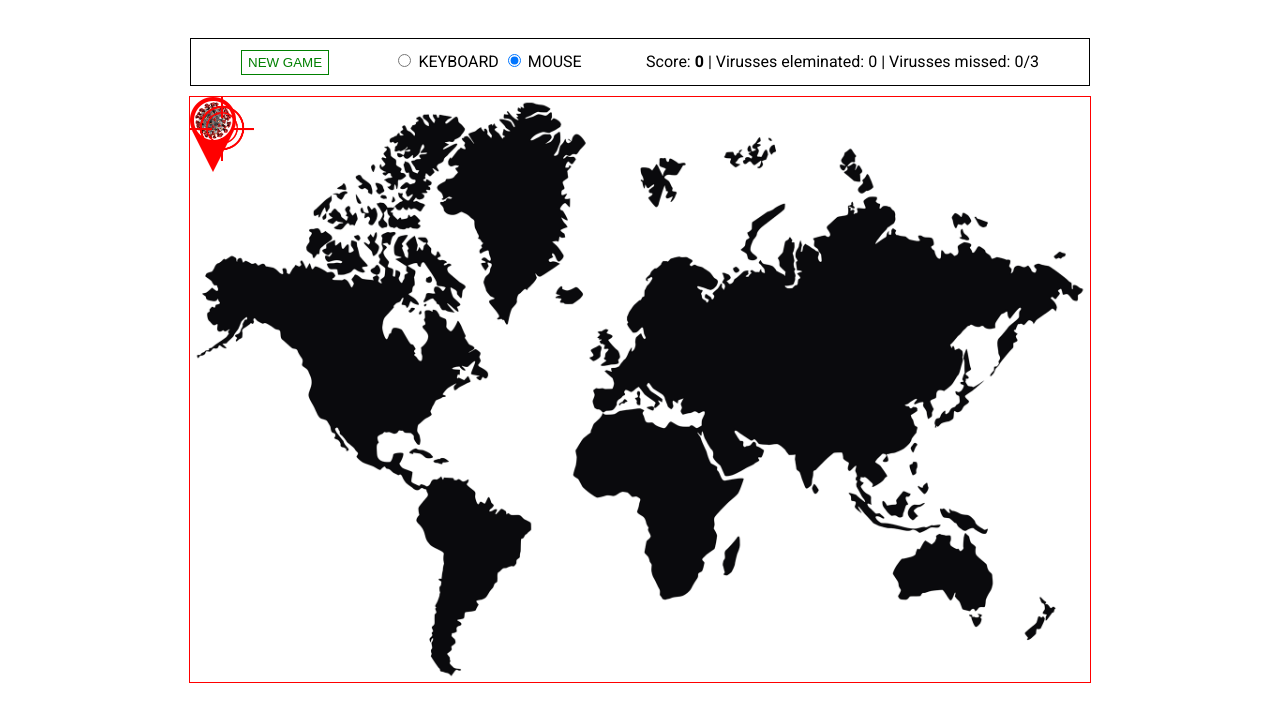
Repository: Baterka/DestroyTheVirus
Page: index.html
The author's editor kept a copy of each file at every save. The page is drawn from the files as they stood at one save, then again after a run of saves.
The browser window is 1280 px wide. The pictures show the whole page.

Above is the page before, as saved 2020-03-20 01:14:24.
Console error: TypeError: Cannot read properties of undefined (reading '_Player')

After the next 2 saves:
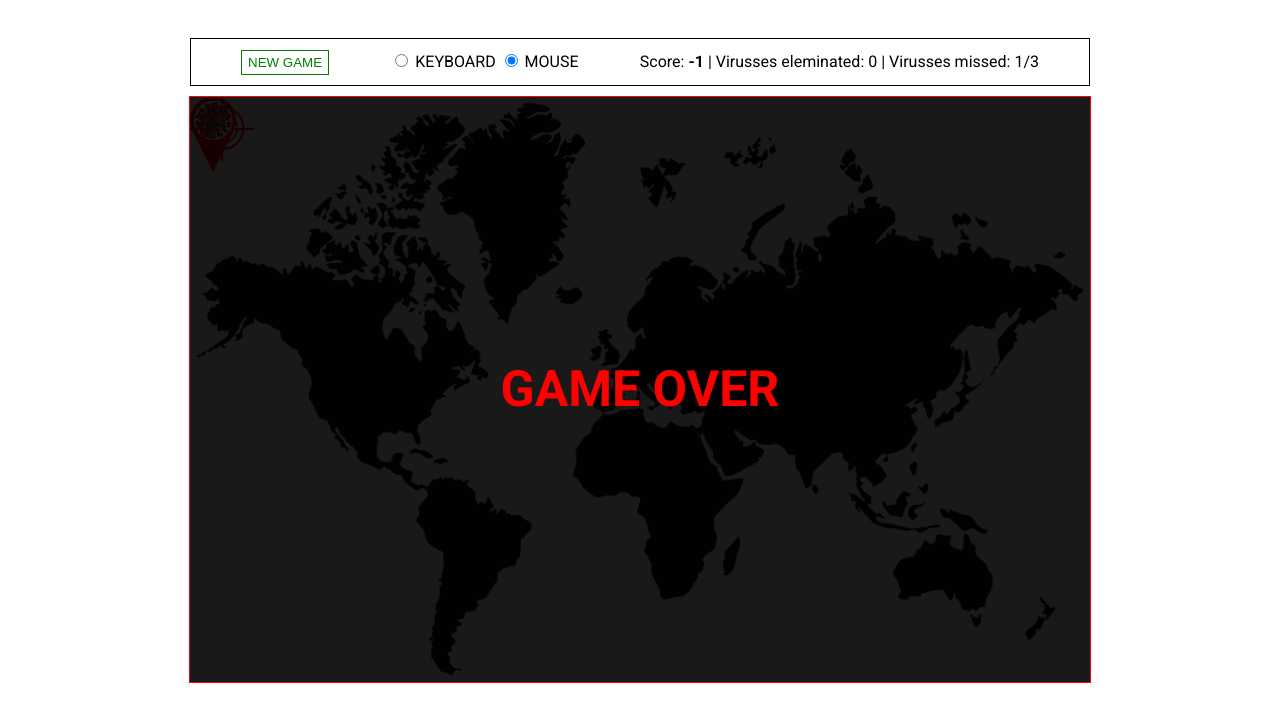
Console error: TypeError: Cannot read properties of undefined (reading 'toggleSpawning')
The 2 saves are shown as one change because they came seconds apart.
The last was saved 27 s later.
--- a/main.js
+++ b/main.js
@@ -61,29 +61,21 @@ class Game {
      * Game tick
      */
     _tick() {
-        let x = (this._Player.pos.x - this.canvasOffset.x);
-        let y = (this._Player.pos.y - this.canvasOffset.y);
-
-        // Allow "corner sliding"
-        x = (x > this._canvasBoundary.minX ? (x < this._canvasBoundary.maxX ? x : this._canvasBoundary.maxX) : this._canvasBoundary.minX)
-        y = (y > this._canvasBoundary.minY ? (y < this._canvasBoundary.maxY ? y : this._canvasBoundary.maxY) : this._canvasBoundary.minY)
-
-        this.target.style.left = x + "px";
-        this.target.style.top = y + "px";
+
     }
 
     addScore() {
         this._Audio.play(this._Audio.tracks.success);
-        this._Game.Player.setScore(1);
+        this.Player.setScore(1);
     }
 
     deleteScore() {
         this._Audio.play(this._Audio.tracks.fail);
-        this._Game._Player.setScore(-1);
-
-        if (this._Player.missed >= this._Player.maxMissed || this._Player.score < 0) {
-            this._World.toggleGameOver();
-            this._Game.Player._Virus.toggleSpawning(false);
+        this.Player.setScore(-1);
+
+        if (this.Player.missed >= this.Player.maxMissed || this.Player.score < 0) {
+            this.World.toggleGameOver();
+            this.Player._Virus.toggleSpawning(false);
             this.gameState === "GAMEOVER";
             this._buttonNewGameElem.disabled = false;
         }
